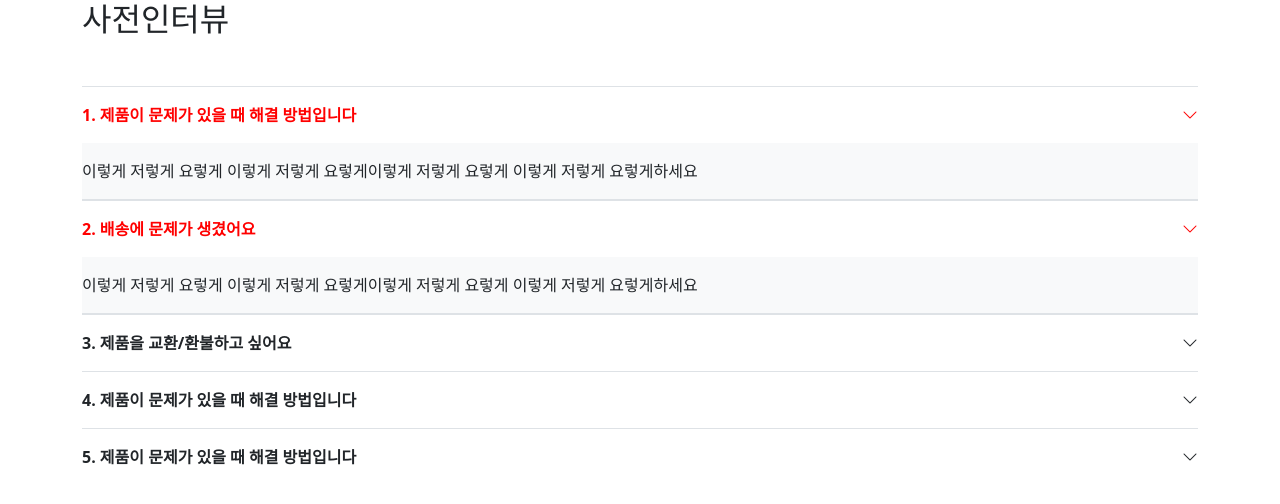
Repository: shin-eekk/js_study
Page: faq.html
An editor plug-in stored every save of this project. The page is shown before and after the next save, followed by the edit.
The browser window is 1280 px wide. The pictures show the whole page.
The style sheet was rebuilt from its Sass, Less or Tailwind sources for each picture, by a compiler version that may differ from the author's.

Above is the page before, as saved 2025-03-12 11:34:07.

### faq.html
<!DOCTYPE html>
<html lang="en">
<head>
    <meta charset="UTF-8">
    <meta name="viewport" content="width=device-width, initial-scale=1.0">
    <title>Document</title>
    <link rel="stylesheet" href="https://cdn.jsdelivr.net/npm/reset-css@5.0.2/reset.min.css">
    <link href="https://cdn.jsdelivr.net/npm/bootstrap@5.3.3/dist/css/bootstrap.min.css" rel="stylesheet" integrity="sha384-QWTKZyjpPEjISv5WaRU9OFeRpok6YctnYmDr5pNlyT2bRjXh0JMhjY6hW+ALEwIH" crossorigin="anonymous">
    <link rel="stylesheet" href="https://cdn.jsdelivr.net/npm/bootstrap-icons@1.11.3/font/bootstrap-icons.min.css">
    <link rel="stylesheet" href="./scss/faq.min.css">
    <script src="./js/faq.js"></script>
</head>
<body>
    <section id="faq" class="section">
        <div class="container d-flex gap-5 flex-column justify-content-center">
            <h2>사전인터뷰</h2>
            <dl>
                <!-- <dt class="border-top py-3 d-flex justify-content-between">
                    <strong>타이틀</strong>
                    <i class="bi bi-chevron-down"></i>
                </dt>
                <dd class="border-bottom py-3 bg-light">내용</dd> -->
            </dl>

        </div>
    </section>
</body>
</html>

### js/faq.js
window.addEventListener("DOMContentLoaded",()=>{
    const faq = [
        {
        dt: "1. 제품이 문제가 있을 때 해결 방법입니다",
        dd: "이렇게 저렇게 요렇게 이렇게 저렇게 요렇게이렇게 저렇게 요렇게 이렇게 저렇게 요렇게하세요"
        },
        {
        dt: "2. 배송에 문제가 생겼어요",
        dd: "이렇게 저렇게 요렇게 이렇게 저렇게 요렇게이렇게 저렇게 요렇게 이렇게 저렇게 요렇게하세요"
        },
        {
        dt: "3. 제품을 교환/환불하고 싶어요",
        dd: "이렇게 저렇게 요렇게 이렇게 저렇게 요렇게이렇게 저렇게 요렇게 이렇게 저렇게 요렇게하세요"
        },
        {
        dt: "4. 제품이 문제가 있을 때 해결 방법입니다",
        dd: "이렇게 저렇게 요렇게 이렇게 저렇게 요렇게이렇게 저렇게 요렇게 이렇게 저렇게 요렇게하세요"
        },
        {
        dt: "5. 제품이 문제가 있을 때 해결 방법입니다",
        dd: "이렇게 저렇게 요렇게 이렇게 저렇게 요렇게이렇게 저렇게 요렇게 이렇게 저렇게 요렇게하세요"
        },
    ]

    const faqdom = document.querySelector("#faq dl");  //정적개체는 위치 자유
    //dl객체 저장

    let faqtag = ``; //태그저장할 변수 선언
    // <dt class="border-top py-3 d-flex justify-content-between">
    //                 <strong>${faq[0].dt}</strong>
    //                 <i class="bi bi-chevron-down"></i>
    //             </dt>
    //             <dd class="border-bottom py-3 bg-light">${faq[0]["dd"]}</dd>`;

    // for(let x=0; x<faq.length; x++){

    // }
    // for(x in faq){
    //     x의 대상은 숫자
    // }

    for(x of faq){  //for문으로 생성된 데이터 누적, 저장
        //x의 대상은 Object
        faqtag +=`<dt class="border-top py-3 d-flex justify-content-between">
                    <strong>${x["dt"]}</strong>
                    <i class="bi bi-chevron-down"></i>
                    </dt>
                <dd class="border-bottom py-3 bg-light">${x.dd}</dd>`;
    }

    faqdom.innerHTML = faqtag;
    //dl에 누적된 데이터를 태그로 출력. 동적개체 출력 완료

    const faqlist = document.querySelectorAll("#faq dt");
    //동적개체 dt들을 저장, 나열하기

    let count = 0;  //주기적으로 변하게 될 숫자변수


    faqlist[0].classList.add("active");  //1회  첫번째dt를 오픈


    setInterval(() => {
        count++;
        count %=faq.length;

        faqlist.forEach

        faqlist[count].classList.add("active");
    }, 3000);  //3초마다

})

### scss/faq.scss
p, ul, li, dl, dt, dd, h1, h2, h3{
    margin: 0;
    padding: 0;
}
#faq{
    dd{
        display: none;
    }

    dt{
        &.active{
            color: red;
        }
        &.active+dd{
            display: block;
        }
    }
}

After the next save:
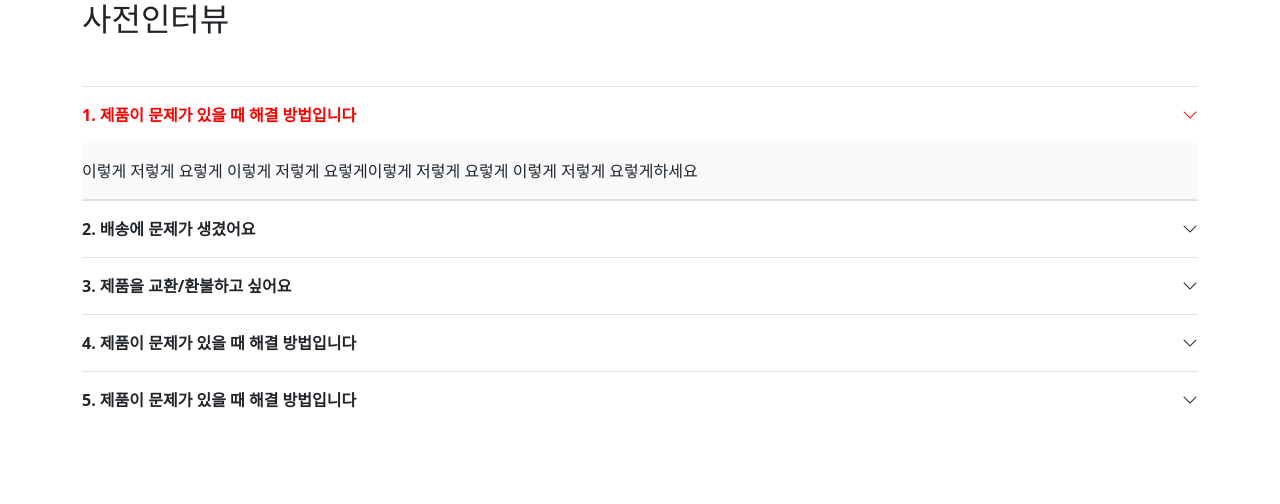
Console error: TypeError: undefined is not a function
Saved 4 s later.
--- a/js/faq.js
+++ b/js/faq.js
@@ -64,7 +64,7 @@
         count++;
         count %=faq.length;
 
-        faqlist.forEach
+        faqlist.forEach()
 
         faqlist[count].classList.add("active");
     }, 3000);  //3초마다

After the 2 saves that followed:
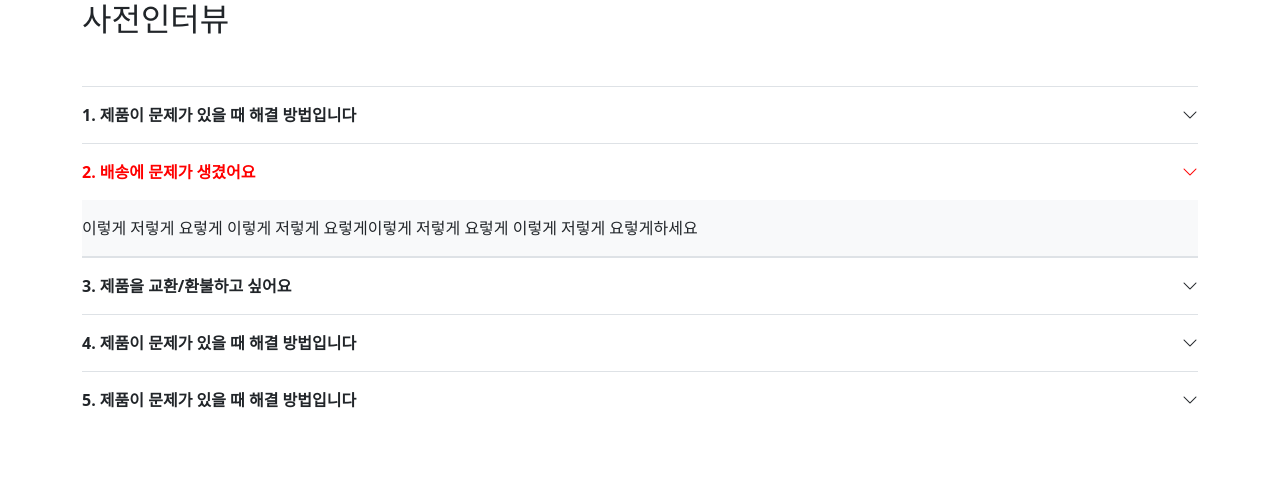
The error is gone.
The 2 saves are shown as one change because 1 left the picture as it was.
The last was saved 6 min 5 s later.
--- a/js/faq.js
+++ b/js/faq.js
@@ -64,7 +64,9 @@
         count++;
         count %=faq.length;
 
-        faqlist.forEach()
+        faqlist.forEach((ele, idx)=>{
+            ele.classList.remove("active");
+         })
 
         faqlist[count].classList.add("active");
     }, 3000);  //3초마다
